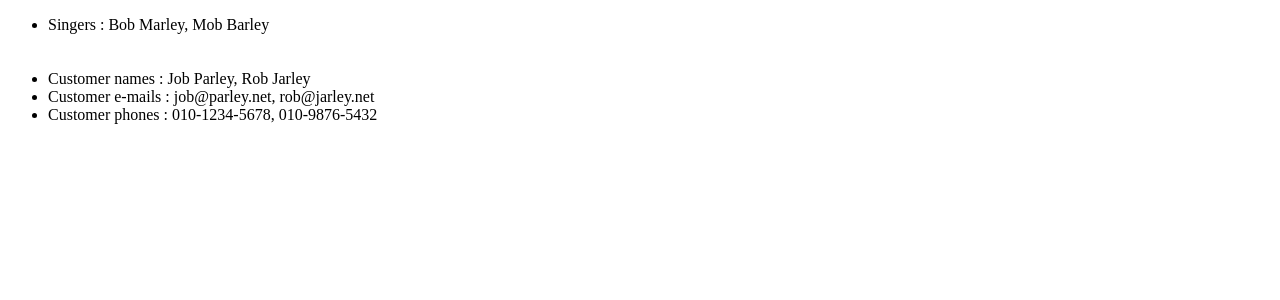
Repository: tomaters/servlets-JSP
Page: http://localhost/jsptest/eltag/elex2.jsp
The author's editor kept a copy of each file at every save. The page is drawn from the files as they stood at one save, then again after the next save.
The browser window is 1280 px wide. The pictures show the whole page.
The page is served by Tomcat 10. Other server files are loaded and not shown.

Above is the page before, as saved 2023-12-08 01:26:48.

### jsptest/src/main/webapp/eltag/elex2.jsp
<%@ page language="java" contentType="text/html; charset=UTF-8"
    pageEncoding="UTF-8"%>
    <%@ page import="actiontag.Customer, java.util.ArrayList"%>
<%
	ArrayList<String> singer = new ArrayList<String>();
	singer.add("Bob Marley");
	singer.add("Mob Barley");

	request.setAttribute("singer", singer);

	Customer[] customer = new Customer[2];
	customer[0] = new Customer();

	customer[0].setName("Job Parley");
	customer[0].setEmail("job@parley.net");
	customer[0].setPhone("010-1234-5678");
	customer[1] = new Customer();
	customer[1].setName("Rob Jarley");
	customer[1].setEmail("rob@jarley.net");
	customer[1].setPhone("010-9876-5432");
	request.setAttribute("customer", customer);
%>

<!DOCTYPE html>
<html>
<head>
<meta charset="UTF-8">
<title>Array example</title>
</head>
<body>
	<ul>
	<li>Singers : ${singer[0]}, ${singer[1]}</li>
	<br></br>
	<li>Customer names : ${customer[0].name}, ${customer[1].name} </li>
	<li>Customer e-mails : ${customer[0].email}, ${customer[1].email }</li>
	<li>Customer phones : ${customer[0].phone}, ${customer[1].phone }</li>
	</ul>
</body>
</html>

### jsptest/src/main/java/actiontag/Customer.java
package actiontag;

public class Customer {
	private String name;
	private String email;
	private String phone;

	public String getName() {
		return name;
	}

	public void setName(String name) {
		this.name = name;
	}

	public String getEmail() {
		return email;
	}

	public void setEmail(String email) {
		this.email = email;
	}

	public String getPhone() {
		return phone;
	}

	public void setPhone(String phone) {
		this.phone = phone;
	}
}

After the next save:
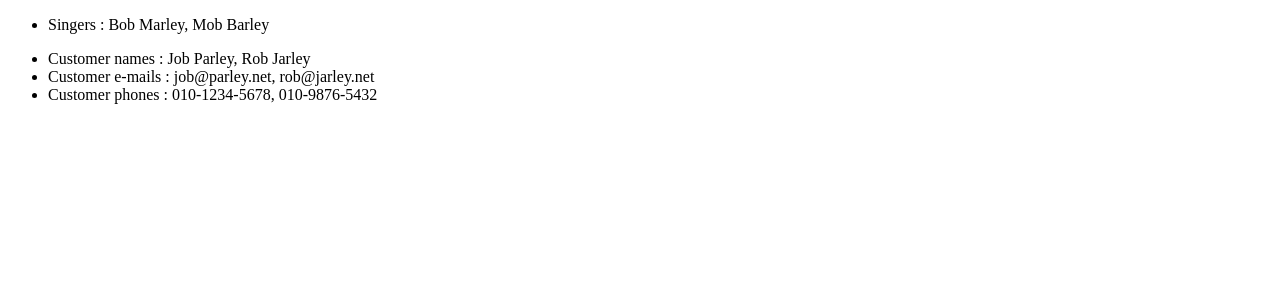
Saved 16 s later.
--- a/jsptest/src/main/webapp/eltag/elex2.jsp
+++ b/jsptest/src/main/webapp/eltag/elex2.jsp
@@ -30,7 +30,8 @@
 <body>
 	<ul>
 	<li>Singers : ${singer[0]}, ${singer[1]}</li>
-	<br></br>
+	</ul>
+	<ul>
 	<li>Customer names : ${customer[0].name}, ${customer[1].name} </li>
 	<li>Customer e-mails : ${customer[0].email}, ${customer[1].email }</li>
 	<li>Customer phones : ${customer[0].phone}, ${customer[1].phone }</li>
